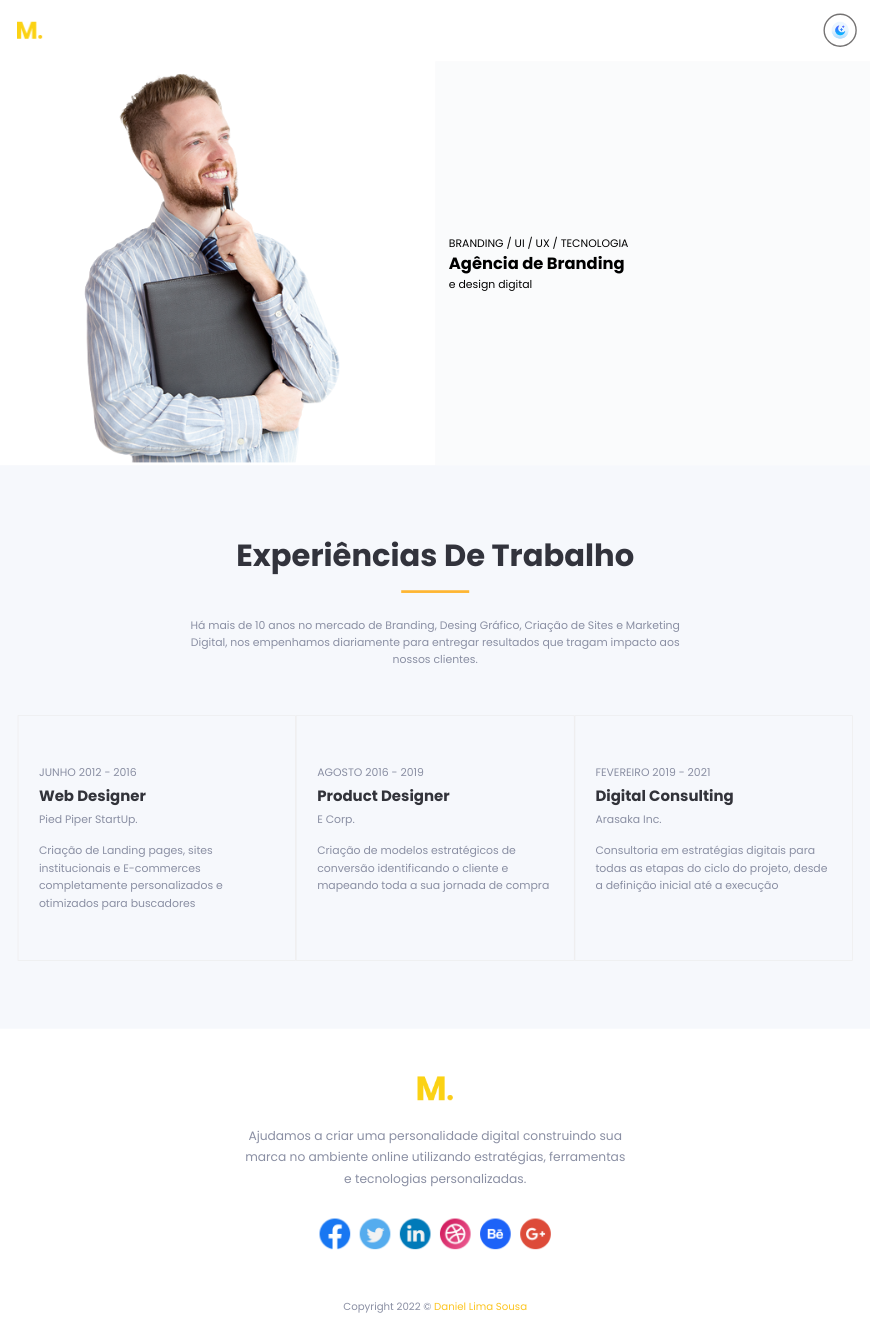
Repository: Daniells642/agencia-digital
Page: /
An editor plug-in stored every save of this project. The page is shown before and after the next save, followed by the edit.
The browser window is 1280 px wide. The pictures show the whole page, at 68% of full size.
The project was rebuilt for these pictures with package versions that can differ from the ones it lists, and the page was loaded fresh each time.

Above is the page before, as saved 2022-12-02 21:16:03.

After the next save:
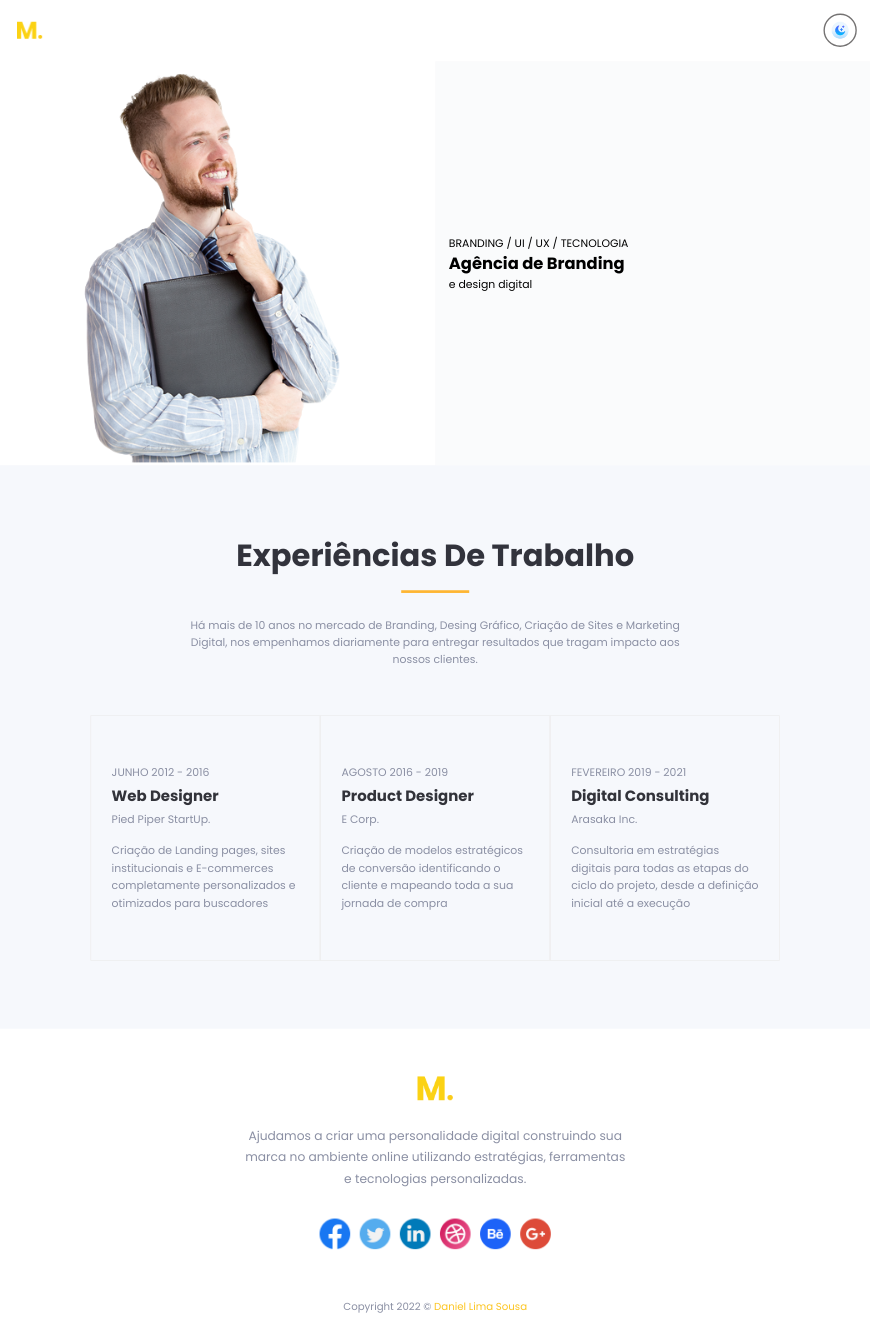
Saved 34 s later.
--- a/src/componentes/SecaoExperienciaTrabalho/index.jsx
+++ b/src/componentes/SecaoExperienciaTrabalho/index.jsx
@@ -13,7 +13,7 @@ export default function SecaoExperienciaTrabalho(props) {
                 </p>
             </div>
 
-            <div className="container-cards">
+            <div className="container-cards limitar-secao">
               <Card
                 data="JUNHO 2012 - 2016"
                 titulo="Web Designer"
